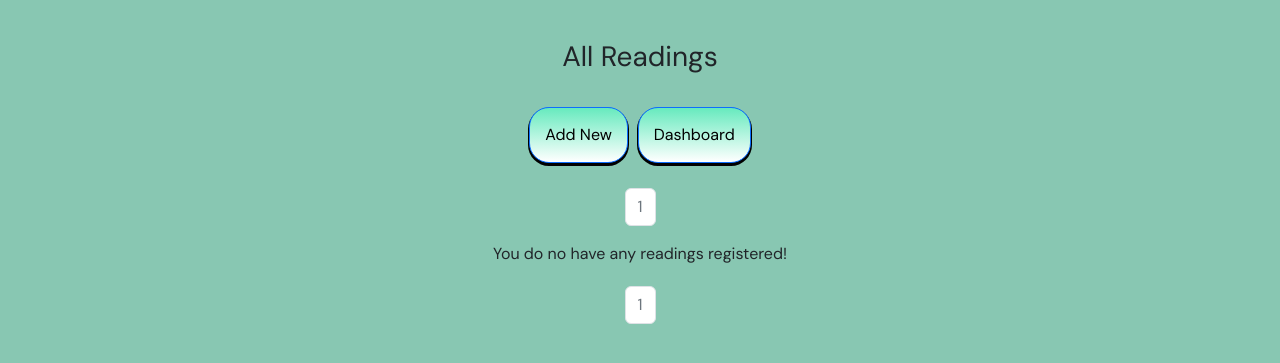
Repository: aiodell/my-glucose-checkup
Page: /bgls/all (app in client/)
The author's editor kept a copy of each file at every save. The page is drawn from the files as they stood at one save, then again after the next save.
The browser window is 1280 px wide. The pictures show the whole page.
The page's requests for data from a server got no answer. The project was rebuilt for these pictures with package versions that can differ from the ones it lists, and the page was loaded fresh each time. No one was signed in, and anything a server would have sent is missing. Also part of the build but not shown: client/src/components/Login.js, client/src/components/Signup.js, client/src/components/Dashboard.js, client/src/components/NewReading.js, client/src/components/Home.js, client/src/components/BglUpdateForm.js, client/src/components/BglEventDetails.js, client/src/components/NewBglEvent.js and 8 more.

Above is the page before, as saved 2022-10-06 06:55:13.

After the next save:
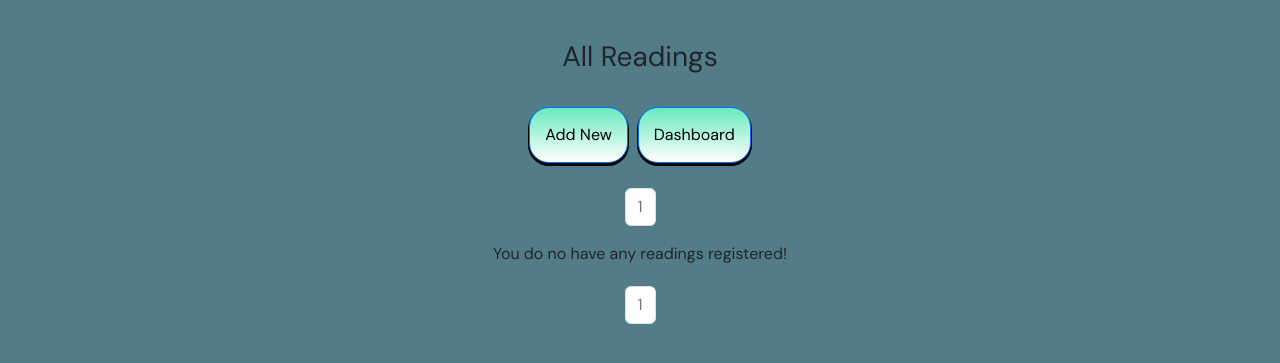
Saved 87 s later.
--- a/client/src/styles.css
+++ b/client/src/styles.css
@@ -3,7 +3,7 @@
 
 body {
   font-family: 'DM Sans', sans-serif;
-  background-color:#88c7b2;
+  background-color:	#527c88;
   margin: 0px;
 }
 
